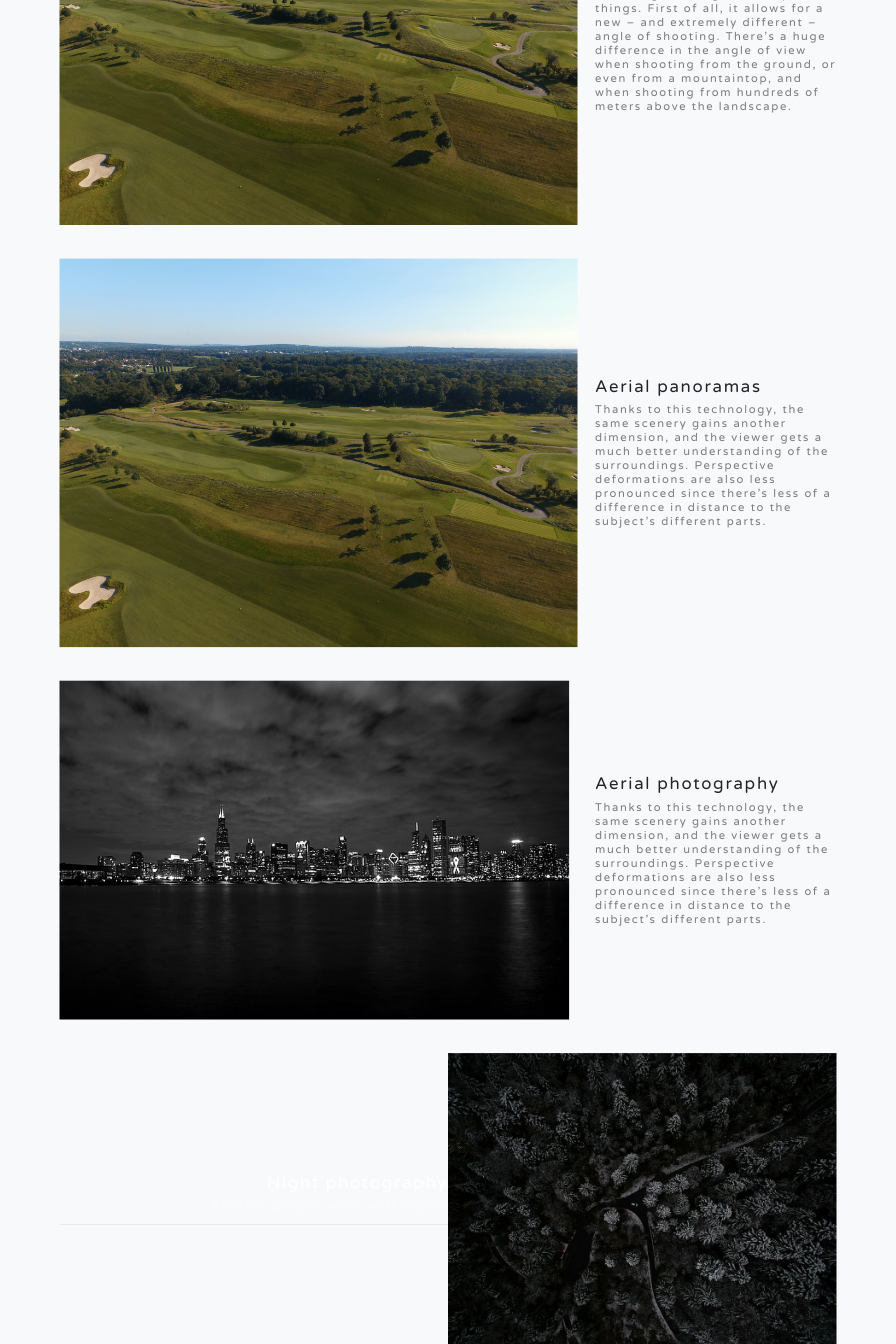
Repository: geoeskel/UCFD-Milestone-Project
Page: index.html
The author's editor kept a record of every edit. The page is drawn from the files as they stood at one moment, then again after the next edit.
The browser window is 1280 px wide. The pictures show the part of the page from y = 1979 to 3899 px (the page is 3899 px tall before and 2764 px after), at 70% of full size.
A picture or video elsewhere on the page could not be fetched, so the positions and the page height are approximate. Some web libraries are served in a nearby version.

Above is the page before.

### index.html
<!DOCTYPE html>
<html lang="en">

<head>
  <meta charset="utf-8">
  <meta name="viewport" content="width=device-width, initial-scale=1, shrink-to-fit=no">
  <title>TG Airview - Aerial Photography</title>
  <link href="css/bootstrap.min.css" rel="stylesheet">
  <link rel="stylesheet" href="https://use.fontawesome.com/releases/v5.1.1/css/all.css" integrity="sha384-O8whS3fhG2OnA5Kas0Y9l3cfpmYjapjI0E4theH4iuMD+pLhbf6JI0jIMfYcK3yZ" crossorigin="anonymous">
  <link href="https://fonts.googleapis.com/css?family=Ubuntu|Varela+Round&display=swap" rel="stylesheet">
  <link href="css/style.css" rel="stylesheet">
</head>

<body id="page-top">

  <!--------------------Navigation-------------------->
  <nav class="navbar navbar-expand-lg navbar-light fixed-top" id="mainNav">
    <div class="container">
      <a class="navbar-brand js-scroll-trigger" href="#page-top">Home</a>
      <button class="navbar-toggler navbar-toggler-right" type="button" data-toggle="collapse" data-target="#navbarResponsive" aria-controls="navbarResponsive" aria-expanded="false" aria-label="Toggle navigation">
        Menu
        <i class="fas fa-bars"></i>
      </button>
      <div class="collapse navbar-collapse" id="navbarResponsive">
        <ul class="navbar-nav ml-auto">
          <li class="nav-item">
            <a class="nav-link js-scroll-trigger" href="#about">About</a>
          </li>
          <li class="nav-item">
            <a class="nav-link js-scroll-trigger" href="#services">Services</a>
          </li>
          <li class="nav-item">
            <a class="nav-link js-scroll-trigger" href="#signup">Contact</a>
          </li>
        </ul>
      </div>
    </div>
  </nav>


  <!--------------------Header-------------------->
  <header class="head-main">
    <div class="overlay"></div>
    <video playsinline="playsinline" autoplay="autoplay" muted="muted" loop="loop">
    <source src="vids/header.mp4" type="video/mp4">
  </video>
    <div class="container h-100">
      <div class="d-flex h-100 text-center align-items-center">
        <div class="w-100 text-white">
          <h1 class="display-3">TG Airview</h1>
          <h2 class="text-white-50 mx-auto mt-2 mb-5">Aerial Photography</h2>
          <a href="#about" class="btn btn-primary js-scroll-trigger">Let's Fly!</a>
        </div>
      </div>
    </div>

  </header>

  <!--------------------About-------------------->
  <section id="about" class="about-section text-center">
    <div class="container">
      <div class="row">
        <div class="col-lg-8 mx-auto">
          <h2 class="text-white mb-4">Our love for flying comes shining through!</h2>
          <p class="text-white-50">We currently work with the world's leading drone company
            <a href="https://www.dji.com/" target="_blank">DJI.</a> We combine their best technology and our design to make our every project special - not just for us but especially for you!</p>
        </div>
      </div>
      <img src="img/about.png" class="img-fluid" alt="">

    </div>
  </section>

  <!--------------------Services-------------------->
  <section id="services" class="projects-section bg-light">
    <div class="container">

      <div class="row align-items-center no-gutters mb-4 mb-lg-5">
        <div class="col-xl-8 col-lg-7">
          <img class="img-fluid mb-3 mb-lg-0" src="img/project-02.jpg" alt="">
        </div>
        <div class="col-xl-4 col-lg-5">
          <div class="featured-text text-center text-lg-left">
            <div class="first-service">
              <h4>Aerial photography</h4>
              <p class="text-black-50 mb-0">So what makes aerial photography so darn good? A great many things. First of all, it allows for a new – and extremely different – angle of shooting. There’s a huge difference in the angle of view when shooting from the ground, or even from
                a mountaintop, and when shooting from hundreds of meters above the landscape.</p>
            </div>
          </div>
        </div>
      </div>

      <div class="row align-items-center no-gutters mb-4 mb-lg-5">
        <div class="col-xl-8 col-lg-7">
          <img class="img-fluid mb-3 mb-lg-0" src="img/project-02.jpg" alt="">
        </div>
        <div class="col-xl-4 col-lg-5">
          <div class="featured-text text-center text-lg-left">
            <div class="first-service">
              <h4>Aerial panoramas</h4>
              <p class="text-black-50 mb-0">Thanks to this technology, the same scenery gains another dimension, and the viewer gets a much better understanding of the surroundings. Perspective deformations are also less pronounced since there’s less of a difference in distance
                  to the subject’s different parts.</p>
            </div>
          </div>
        </div>
      </div>

      <div class="row align-items-center no-gutters mb-4 mb-lg-5">
        <div class="col-xl-8 col-lg-7">
          <img class="img-fluid mb-3 mb-lg-0" src="img/project-01.jpg" alt="">
        </div>
        <div class="col-xl-4 col-lg-5">
          <div class="featured-text text-center text-lg-left">
            <div class="first-service">
              <h4>Aerial photography</h4>
              <p class="text-black-50 mb-0">Thanks to this technology, the same scenery gains another dimension, and the viewer gets a much better understanding of the surroundings. Perspective deformations are also less pronounced since there’s less of a difference in distance
                  to the subject’s different parts.</p>
            </div>
          </div>
        </div>
      </div>

      <div class="row justify-content-center no-gutters">
        <div class="col-lg-6">
          <img class="img-fluid" src="img/project-03.jpg" alt="">
        </div>
        <div class="col-lg-6 order-lg-first">
          <div class="bg-black text-center h-100 project">
            <div class="d-flex h-100">
              <div class="project-text w-100 my-auto text-center text-lg-right">
                <h4 class="text-white">Night photography</h4>
                <p class="mb-0 text-white-50">Another project we're working on!</p>
                <hr class="d-none d-lg-block mb-0 mr-0">
              </div>
            </div>
          </div>
        </div>
      </div>

    </div>
  </section>


  <!--------------------Contact-------------------->
  <section id="signup" class="signup-section">
    <div class="container">

    </div>
  </section>


  <section class="contact-section bg-black">
    <div class="container">

      <div class="row">

        <div class="col-md-4 mb-3 mb-md-0">

        </div>

        <div class="col-md-4 mb-3 mb-md-0">

        </div>

        <div class="col-md-4 mb-3 mb-md-0">

        </div>

      </div>



    </div>
  </section>

  <!--------------------Footer-------------------->
  <footer class="bg-black small text-center text-white-50">
    <div class="container">

    </div>
  </footer>

  <script src="libraries/jquery.min.js"></script>
  <script src="libraries/bootstrap.bundle.min.js"></script>
  <script src="libraries/jquery.easing.min.js"></script>
  <script src="libraries/tgairview.min.js"></script>

</body>

</html>

### css/style.css
/* --------------------NAVBAR-------------------- */

#mainNav {
  min-height: 40px;
  background-color: #fff;
}

#mainNav .navbar-toggler {
  font-size: 80%;
  padding: 0.75rem;
  color: #004080;
  border: 1px solid #004080;
}

#mainNav .navbar-toggler:focus {
  outline: none;
}

#mainNav .navbar-brand {
  color: #161616;
  font-weight: 600;
  padding: .7rem 0;
}

#mainNav .navbar-nav .nav-item:hover {
  color: fade(white, 75%);
  outline: none;
  background-color: transparent;
}

#mainNav .navbar-nav .nav-item:active,
#mainNav .navbar-nav .nav-item:focus {
  outline: none;
  background-color: transparent;
}

@media (min-width: 992px) {
  #mainNav {
    padding-top: 0;
    padding-bottom: 0;
    border-bottom: none;
    background-color: transparent;
    transition: background-color 0.35s ease-in-out;
  }
  #mainNav .navbar-brand {
    padding: .5rem 0;
    color: rgba(255, 255, 255, 0.5);
  }
  #mainNav .nav-link {
    transition: none;
    padding: 2rem 1.5rem;
    color: rgba(255, 255, 255, 0.5);
  }
  #mainNav .nav-link:hover {
    color: rgba(255, 255, 255, 0.75);
  }
  #mainNav .nav-link:active {
    color: white;
  }
  #mainNav.navbar-shrink {
    background-color: #ffffff;
  }
  #mainNav.navbar-shrink .navbar-brand {
    color: #161616;
  }
  #mainNav.navbar-shrink .nav-link {
    color: #161616;
    padding: 1.5rem 1.5rem 1.25rem;
    border-bottom: 0.25rem solid transparent;
  }
  #mainNav.navbar-shrink .nav-link:hover {
    color: #161616;
  }
  #mainNav.navbar-shrink .nav-link:active {
    color: #666666;
  }
  #mainNav.navbar-shrink .nav-link.active {
    color: #161616;
    outline: none;
    border-bottom: 0.25rem solid #161616;
  }
}

/* --------------------HEADER-------------------- */

header {
  position: relative;
  background-color: black;
  height: 100vh;
  min-height: 25rem;
  width: 100%;
  overflow: hidden;
}

header video {
  position: absolute;
  top: 50%;
  left: 50%;
  min-width: 100%;
  min-height: 100%;
  width: auto;
  height: auto;
  z-index: 0;
  -ms-transform: translateX(-50%) translateY(-50%);
  -moz-transform: translateX(-50%) translateY(-50%);
  -webkit-transform: translateX(-50%) translateY(-50%);
  transform: translateX(-50%) translateY(-50%);
}

header .container {
  position: relative;
  z-index: 2;
}

header .overlay {
  position: absolute;
  top: 0;
  left: 0;
  height: 100%;
  width: 100%;
  background-color: black;
  opacity: 0.5;
  z-index: 1;
}

.container {
  font-family: 'Ubuntu', sans-serif;
  font-size: 20px;
  line-height: 20px;
  letter-spacing: 0.5rem;

}


.head-main {
  position: relative;
  width: 100%;
  height: auto;
  min-height: 35rem;
  padding: 15rem 0;
  background: linear-gradient(to bottom, rgba(22, 22, 22, 0.3) 0%, rgba(22, 22, 22, 0.7) 75%, #161616 100%), url("../img/bg-head-main.jpg");
  background-position: center;
  background-repeat: no-repeat;
  background-attachment: scroll;
  background-size: cover;
}

.head-main h1 {
  font-family: 'Ubuntu', sans-serif;
  font-size: 2.5rem;
  line-height: 2.5rem;
  letter-spacing: 0.8rem;
  background: -webkit-linear-gradient(rgba(255, 255, 255, 0.7), rgba(255, 255, 255, 0));
  -webkit-text-fill-color: transparent;
  -webkit-background-clip: text;
}

.head-main h2 {
  max-width: 20rem;
  font-size: 1rem;
}

@media (min-width: 768px) {
  .head-main h1 {
    font-size: 4rem;
    line-height: 7rem;
    }
}

@media (min-width: 992px) {
  .head-main {
    height: 100vh;
    padding: 0;
  }
  .head-main h1 {
    font-size: 6.5rem;
    line-height: 6.5rem;
    letter-spacing: 0.8rem;
  }
  .head-main h2 {
    max-width: 30rem;
    font-size: 1.25rem;
  }
}

.btn {
  box-shadow: 0 0.2rem 0.2rem 0 rgba(0, 0, 0, 0.1);
  padding: 0.75rem 1.5rem;
  font-family: 'Varela Round', sans-serif;
  font-size: 80%;
  text-transform: uppercase;
  letter-spacing: .15rem;
  border: 0;
}

.btn-primary {
  background-color: Transparent;
}

.btn-primary:hover {
  background-color: #7f7f7f;
}

.btn-primary:focus {
  background-color: #1a1a1a;
  color: white;
}

.btn-primary:active {
  background-color: #B8B8B8;
}

/* --------------------ABOUT-------------------- */

.about-section {
  padding-top: 10rem;
  background: linear-gradient(to bottom, #161616 0%, rgba(22, 22, 22, 0.9) 75%, rgba(22, 22, 22, 0.8) 100%);
  font-size: 10px;
}

.about-section p {
  margin-bottom: 5rem;
}

.row {
  height: auto;
  font-family: 'Varela Round', sans-serif;
  font-size: 80%;
  letter-spacing: 0.15rem;
  border: 0;
}


.first-service {
  padding-left: 25px;
}

Loaded but not shown: css/bootstrap.min.css (library); libraries/jquery.min.js (library); libraries/bootstrap.bundle.min.js (library); libraries/jquery.easing.min.js (common file); libraries/tgairview.min.js (common file)

After the next edit:
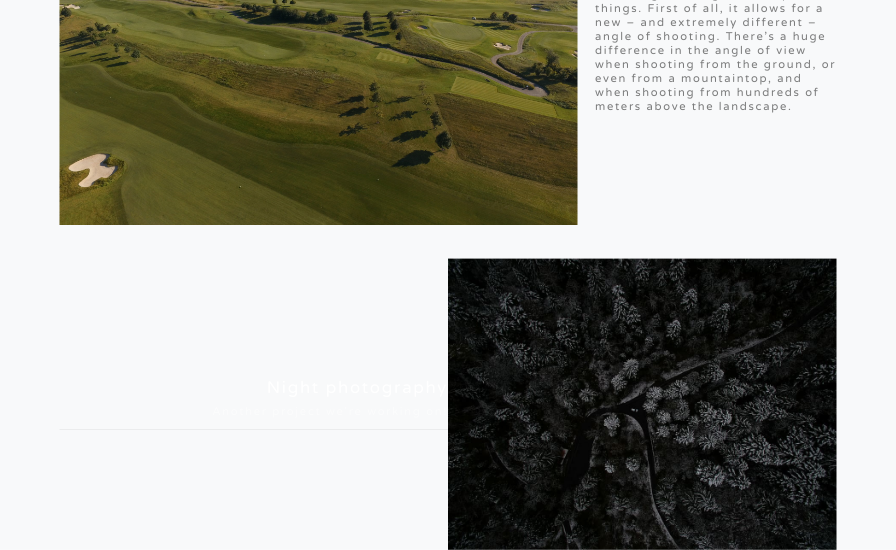
The edit:
--- a/index.html
+++ b/index.html
@@ -90,36 +90,6 @@
         </div>
       </div>
 
-      <div class="row align-items-center no-gutters mb-4 mb-lg-5">
-        <div class="col-xl-8 col-lg-7">
-          <img class="img-fluid mb-3 mb-lg-0" src="img/project-02.jpg" alt="">
-        </div>
-        <div class="col-xl-4 col-lg-5">
-          <div class="featured-text text-center text-lg-left">
-            <div class="first-service">
-              <h4>Aerial panoramas</h4>
-              <p class="text-black-50 mb-0">Thanks to this technology, the same scenery gains another dimension, and the viewer gets a much better understanding of the surroundings. Perspective deformations are also less pronounced since there’s less of a difference in distance
-                  to the subject’s different parts.</p>
-            </div>
-          </div>
-        </div>
-      </div>
-
-      <div class="row align-items-center no-gutters mb-4 mb-lg-5">
-        <div class="col-xl-8 col-lg-7">
-          <img class="img-fluid mb-3 mb-lg-0" src="img/project-01.jpg" alt="">
-        </div>
-        <div class="col-xl-4 col-lg-5">
-          <div class="featured-text text-center text-lg-left">
-            <div class="first-service">
-              <h4>Aerial photography</h4>
-              <p class="text-black-50 mb-0">Thanks to this technology, the same scenery gains another dimension, and the viewer gets a much better understanding of the surroundings. Perspective deformations are also less pronounced since there’s less of a difference in distance
-                  to the subject’s different parts.</p>
-            </div>
-          </div>
-        </div>
-      </div>
-
       <div class="row justify-content-center no-gutters">
         <div class="col-lg-6">
           <img class="img-fluid" src="img/project-03.jpg" alt="">
